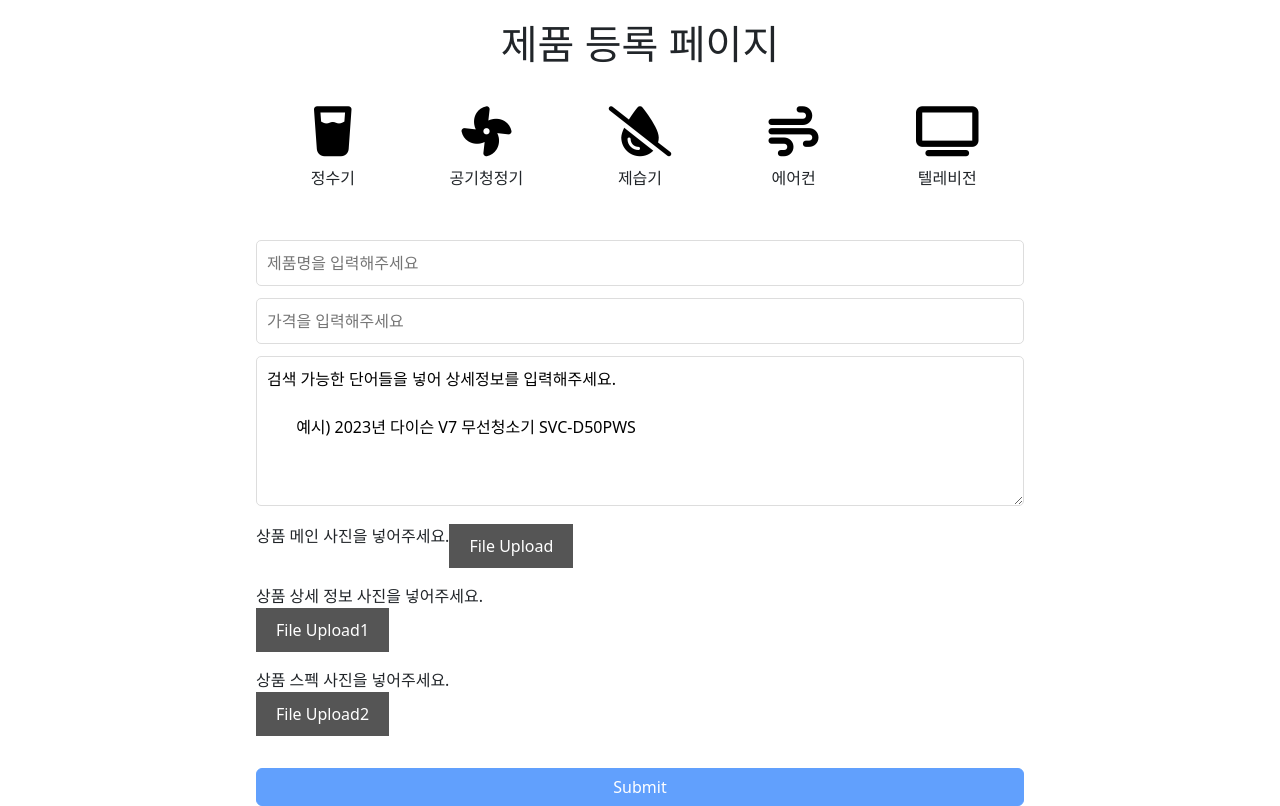
Repository: bbqju13/52si
Page: http://localhost/spring/WEB-INF/views/product/register.jsp
These files come from the project's save history. The page is drawn as it stood at one moment and after a run of saves; the edit follows.
The browser window is 1280 px wide. The pictures show the whole page.
Some web libraries are served in a nearby version. The page is served by Tomcat 9. Nobody is signed in. Other server files are loaded and not shown. The template is opened directly, without the code that normally fills it, so the values that code supplies are empty.

Above is the page before, as saved 2023-07-28 05:27:49.

### spring/src/main/webapp/WEB-INF/views/product/register.jsp
<%@ page language="java" contentType="text/html; charset=UTF-8"
    pageEncoding="UTF-8"%>
<%@ taglib uri="http://java.sun.com/jsp/jstl/core" prefix="c" %>
<!DOCTYPE html>
<html>
<head>
<meta charset="UTF-8">
<title>Product Register Page</title>
<link rel="stylesheet" href="/resources/css/product/register.css">
<script src="https://kit.fontawesome.com/e927512ef5.js" crossorigin="anonymous"></script>
<link href="https://cdn.jsdelivr.net/npm/bootstrap@5.3.1/dist/css/bootstrap.min.css" rel="stylesheet" integrity="sha384-4bw+/aepP/YC94hEpVNVgiZdgIC5+VKNBQNGCHeKRQN+PtmoHDEXuppvnDJzQIu9" crossorigin="anonymous">
<script src="https://cdn.jsdelivr.net/npm/bootstrap@5.3.1/dist/js/bootstrap.bundle.min.js" integrity="sha384-HwwvtgBNo3bZJJLYd8oVXjrBZt8cqVSpeBNS5n7C8IVInixGAoxmnlMuBnhbgrkm" crossorigin="anonymous"></script>
</head>
<body>
	<h1>제품 등록 페이지</h1>
	 <form action="/product/register" method="post" id="registerForm" class="was-validated" enctype="multipart/form-data">
        <div id="productDiv">
            <ul>
                <li class="product" data-value="정수기">
                    <div>
                        <i class="fa-solid fa-glass-water" style="color: #000000;"></i>
                        <div class="product-name">정수기</div>
                    </div>
                </li>
                <li class="product" data-value="공기청정기">
                    <div>
                        <i class="fa-solid fa-fan" style="color: #000000;"></i>
                        <div class="product-name">공기청정기</div>
                    </div>
                </li>
                <li class="product" data-value="제습기">
                    <div>
                        <i class="fa-solid fa-droplet-slash" style="color: #000000;"></i>
                        <div class="product-name">제습기</div>
                    </div>
                </li>
                <li class="product" data-value="에어컨">
                    <div>
                        <i class="fa-solid fa-wind" style="color: #000000;"></i>
                        <div class="product-name">에어컨</div>
                    </div>
                </li>
                <li class="product" data-value="텔레비전">
                    <div>
                        <i class="fa-solid fa-tv" style="color: #000000;"></i>
                        <div class="product-name">텔레비전</div>
                    </div>
                </li>
            </ul>
        </div>
        <input type="hidden" name="type_a" id="mySelection">
        <p id="type_aError" class="error" style="color: red; display: none;">제품 카테고리를 입력해주세요.</p>
       <br>
       <input name="pname" placeholder="제품명을 입력해주세요"> <br>
       <p id="pnameError" class="error" style="color: red; display: none;">제품명을 입력해주세요.</p>
       <input id="priceInput" name="price" placeholder="가격을 입력해주세요"> <br>
       <p id="priceError" class="error" style="color: red; display: none;">숫자만 입력해주세요.</p>
       <textarea name="content" cols="50" rows="10">검색 가능한 단어들을 넣어 상세정보를 입력해주세요.&#10;
       예시) 2023년 다이슨 V7 무선청소기 SVC-D50PWS
       </textarea> <br>
       <div class="fileDiv">
	       상품 메인 사진을 넣어주세요.<input type="file" id="files" name="files" style="display: none" class="form-control" aria-label="file example" required> <br>
	       <button type="button" id="trigger">File Upload</button> <br>
	       <div id="fileZone">

	       </div>
	   </div>

	   <div class="fileDiv">
	   	   <div>
	   	   		상품 상세 정보 사진을 넣어주세요.<input type="file" id="files1" name="files" style="display: none" class="form-control" aria-label="file example" required> <br>
	       		<button type="button" id="trigger1">File Upload1</button> <br>
	   	   </div>
	       <div id="fileZone1">

	       </div>
       </div>

       <div class="fileDiv">
       	   <div>
       	   		상품 스펙 사진을 넣어주세요.<input type="file" id="files2" name="files" style="display: none" class="form-control" aria-label="file example" required> <br>
	       		<button type="button" id="trigger2">File Upload2</button> <br>
       	   </div>
	       <div id="fileZone2">

	       </div>
       </div>
       <button onclick="validateButton(event)" id="regBtn" class="btn btn-primary" type="submit" disabled>Submit</button>
    </form>

	<script type="text/javascript" src="/resources/js/product/productRegister.js"></script>
	<script type="text/javascript">
	    const thereis = `<c:out value="${thereis}"/>`;
	    console.log(thereis);
	    if (thereis === "1") {
	        alert("같은 상품명이 존재합니다. 다시 입력해주세요.");
	        document.getElementById("registerForm").addEventListener("submit", function(e) {
	        });
	    }
</script>
</body>
</html>

### spring/src/main/webapp/resources/css/product/register.css
body {
    font-family: 'Helvetica Neue', Helvetica, Arial, sans-serif;
    background-color: #fff;
    color: #333;
    margin: 0;
    padding: 0;
}

h1 {
    text-align: center;
    padding: 20px 0;
}

form {
    width: 60%;
    margin: 0 auto;
}

input, textarea {
    width: 100%;
    margin: 10px;
    padding: 10px;
    font-size: 0.8em;
    border-radius: 5px;
    border: 1px solid #ddd;
    margin-bottom: 12px !important;
}

textarea {
    height: 150px;
}

li {
    list-style-type: none;
    flex: 1;
    text-align: center;
    padding: 10px;
    box-sizing: border-box;
    margin: 0 5px;
}

ul {
    display: flex;
    justify-content: space-between;
    cursor: pointer;
    padding-left: 0px !important;
    margin-bottom: 12px;
}

.product-clicked {
    background-color: rgba(128, 128, 128, 0.5);
   	padding: 10px;
   	margin-top: -10px;
    border-radius: 5px;
    animation: pop 0.6s;
}
@keyframes pop {
    0% { transform: scale(1); }
    50% { transform: scale(1.2); }
    100% { transform: scale(1); }
}

i {
    font-size: 50px;
    display: block;
    margin-bottom: 10px;
}

button {
    background-color: #555;
    color: #fff;
    border: none;
    padding: 10px 20px;
    text-align: center;
    text-decoration: none;
    display: inline-block;
    font-size: 16px;
    margin: 4px 2px;
    cursor: pointer;
}

button:hover {
    background-color: #343638;
}

#regBtn {
    width: 100%;
}

#fileZone {
    margin-bottom: 20px;
}

.product-name {
	white-space:nowrap;
}

.error {
	text-align: center;
}

#type_aError {
	margin: 0;
}

#regBtn {
	margin-top: 16px;
}

.fileDiv {
	display: flex;
	margin-bottom: 1rem;
}

### spring/src/main/webapp/resources/js/product/productRegister.js
document.getElementById('trigger').addEventListener('click', () => {
    document.getElementById('files').click();
})

document.getElementById('trigger1').addEventListener('click', () => {
    document.getElementById('files1').click();
})

document.getElementById('trigger2').addEventListener('click', () => {
    document.getElementById('files2').click();
})

const regExp = new RegExp("\.(exe|sh|bat|msi|dll|js)$");
const regExpImg = new RegExp("\.(jpg|jpeg|png|gif|bmp)$");
const maxSize = 1024*1024*20;

function fileSizeValidation(fileName, fileSize) {
    if(regExp.test(fileName)) {
        return 0;
    } else if(fileSize > maxSize) {
        return 0;
    } else {
        return 1;
    }
}

document.addEventListener('change', (e) => {
    console.log(e.target);
    if(e.target.id=='files') {
        document.getElementById('regBtn').disabled=false;
        const fileObject = document.getElementById('files').files;
        console.log(fileObject);

        let div = document.getElementById('fileZone');
        div.innerHTML = '';
        let ul = `<ul>`;
        let isOk = 1;
        for(let file of fileObject) {
            console.log(file);
            let validResult = fileSizeValidation(file.name, file.size);
            isOk*=validResult;
            ul += `<li>`;
            ul += `${validResult ? '<div>업로드 가능':'<div>업로드 불가능'}</div>`;
            ul += `${file.name}`;
            ul += `<span class="badge rounded-pill text-bg-${validResult?'success':'danger'}">${file.size}Bytes</span></li>`;
        }
        ul += `</ul>`;
        div.innerHTML = ul;
        if(isOk==0) {
            document.getElementById('regBtn').disabled = true;
        }

    }
})

document.addEventListener('change', (e) => {
    console.log(e.target);
    if(e.target.id=='files1') {
        document.getElementById('regBtn').disabled=false;
        const fileObject = document.getElementById('files1').files;
        console.log(fileObject);

        let div1 = document.getElementById('fileZone1');
        div1.innerHTML = '';
        let ul = `<ul>`;
        let isOk = 1;
        for(let file of fileObject) {
            console.log(file);
            let validResult = fileSizeValidation(file.name, file.size);
            isOk*=validResult;
            ul += `<li>`;
            ul += `${validResult ? '<div>업로드 가능':'<div>업로드 불가능'}</div>`;
            ul += `${file.name}`;
            ul += `<span class="badge rounded-pill text-bg-${validResult?'success':'danger'}">${file.size}Bytes</span></li>`;
        }
        ul += `</ul>`;
        div1.innerHTML = ul;
        if(isOk==0) {
            document.getElementById('regBtn').disabled = true;
        }

    }
})

document.addEventListener('change', (e) => {
    console.log(e.target);
    if(e.target.id=='files2') {
        document.getElementById('regBtn').disabled=false;
        const fileObject = document.getElementById('files2').files;
        console.log(fileObject);

        let div1 = document.getElementById('fileZone2');
        div1.innerHTML = '';
        let ul = `<ul>`;
        let isOk = 1;
        for(let file of fileObject) {
            console.log(file);
            let validResult = fileSizeValidation(file.name, file.size);
            isOk*=validResult;
            ul += `<li>`;
            ul += `${validResult ? '<div>업로드 가능':'<div>업로드 불가능'}</div>`;
            ul += `${file.name}`;
            ul += `<span class="badge rounded-pill text-bg-${validResult?'success':'danger'}">${file.size}Bytes</span></li>`;
        }
        ul += `</ul>`;
        div1.innerHTML = ul;
        if(isOk==0) {
            document.getElementById('regBtn').disabled = true;
        }

    }
})

window.onload = function(){
    var products = document.querySelectorAll('.product');
    products.forEach(function(product){
        product.addEventListener('click', function(e){
            // remove product-clicked from all products
            products.forEach(function(prod){
                prod.firstElementChild.classList.remove('product-clicked');
            });

            // add product-clicked to the clicked product
            e.currentTarget.firstElementChild.classList.add('product-clicked');

            // update the hidden input with the data-value of the clicked product
            document.getElementById('mySelection').value = e.currentTarget.dataset.value;
        });
    });
}

function validateButton(event) {
    var type_aInput = document.querySelector('input[name="type_a"]');
    var type_aError = document.getElementById("type_aError");
    var pnameInput = document.querySelector('input[name="pname"]');
    var pnameError = document.getElementById("pnameError");
    var priceInput = document.querySelector('input[name="price"]');
    var priceError = document.getElementById("priceError");
    var contentTextarea = document.querySelector('textarea[name="content"]');
    var isFormValid = true; // 폼 유효성 검사 결과
    console.log(isFormValid);

    if (type_aInput.value.trim() === "") {
        isFormValid = false;
        type_aError.style.display = "block";
    } else {
        type_aError.style.display = "none";
    }

    if (pnameInput.value.trim() === "") {
        isFormValid = false;
        pnameError.style.display = "block";
    } else {
        pnameError.style.display = "none";
    }

    if (priceInput.value.trim() === "" || isNaN(priceInput.value)) {
        isFormValid = false;
        priceError.style.display = "block";
    } else {
        priceError.style.display = "none";
    }

    if (contentTextarea.value.trim() === "") {
        isFormValid = false;
    }

    console.log(isFormValid);
    // 폼 전송 막기
    if (!isFormValid) {
        event.preventDefault();
    }
}

After the next 2 saves:
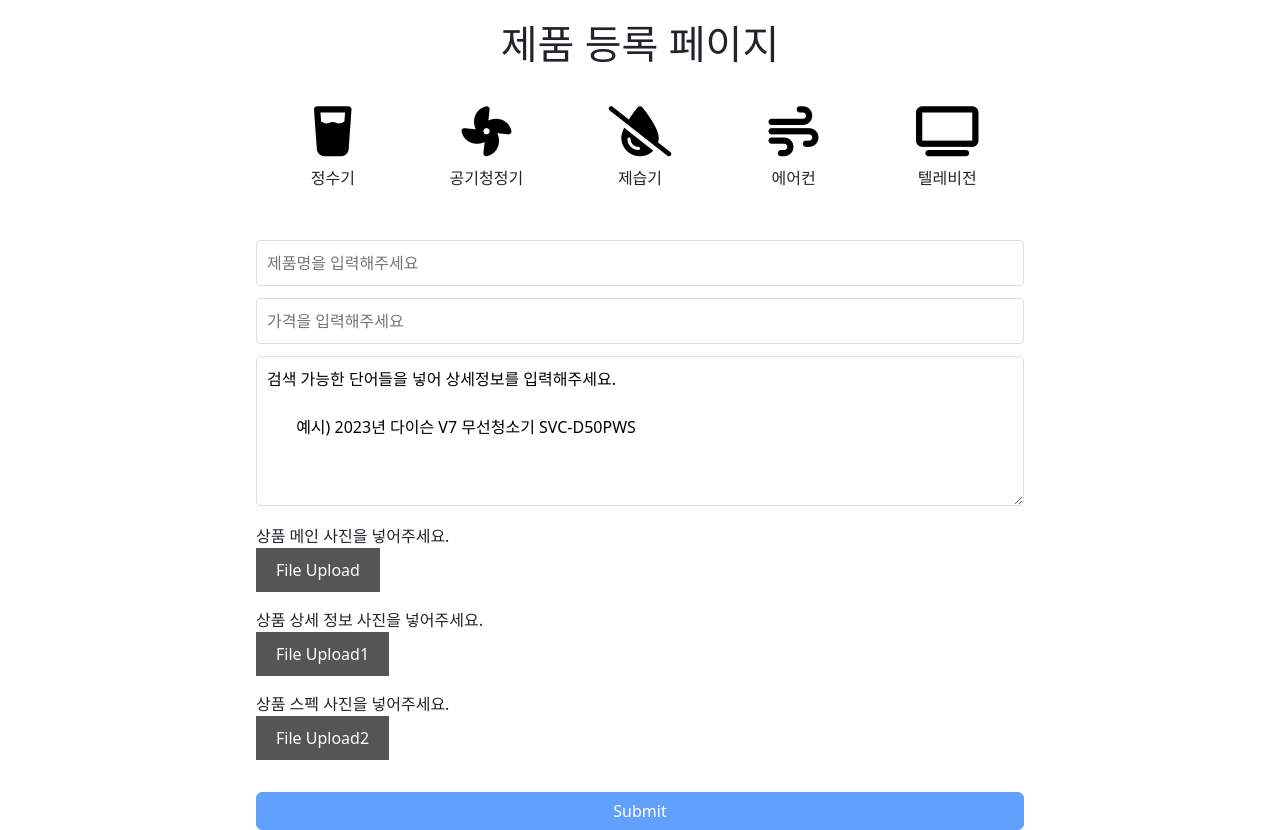
The 2 saves are shown as one change because they came seconds apart.
The last was saved 30 s later.
--- a/spring/src/main/webapp/WEB-INF/views/product/register.jsp
+++ b/spring/src/main/webapp/WEB-INF/views/product/register.jsp
@@ -59,8 +59,10 @@
        예시) 2023년 다이슨 V7 무선청소기 SVC-D50PWS
        </textarea> <br>
        <div class="fileDiv">
-	       상품 메인 사진을 넣어주세요.<input type="file" id="files" name="files" style="display: none" class="form-control" aria-label="file example" required> <br>
-	       <button type="button" id="trigger">File Upload</button> <br>
+       	   <div>
+       	   		상품 메인 사진을 넣어주세요.<input type="file" id="files" name="files" style="display: none" class="form-control" aria-label="file example" required> <br>
+	       		<button type="button" id="trigger">File Upload</button> <br>
+       	   </div>
 	       <div id="fileZone">
 
 	       </div>
